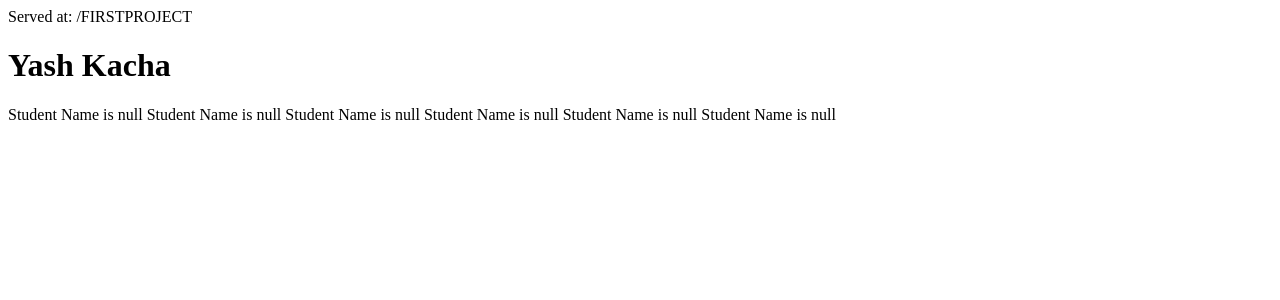
Repository: YashKachaRK/JAVA_CODE_SEM_6
Page: http://localhost/FIRSTPROJECT/Hello
These files come from the project's save history. The page is drawn as it stood at one moment and after the next save; the edit follows.
The browser window is 1280 px wide. The pictures show the whole page.
The page is served by Tomcat 10.

Above is the page before, as saved 2025-12-19 05:25:38.

### FIRSTPROJECT/src/main/java/first/Hello.java
package first;

import jakarta.servlet.ServletException;
import jakarta.servlet.annotation.WebServlet;
import jakarta.servlet.http.HttpServlet;
import jakarta.servlet.http.HttpServletRequest;
import jakarta.servlet.http.HttpServletResponse;
import java.io.IOException;
import java.io.PrintWriter;

/**
 * Servlet implementation class Hello
 */
@WebServlet("/Hello")
public class Hello extends HttpServlet {
	private static final long serialVersionUID = 1L;

    /**
     * @see HttpServlet#HttpServlet()
     */
    public Hello() {
        super();
        // TODO Auto-generated constructor stub
    }

	/**
	 * @see HttpServlet#doGet(HttpServletRequest request, HttpServletResponse response)
	 */
	protected void doGet(HttpServletRequest request, HttpServletResponse response) throws ServletException, IOException {
		// TODO Auto-generated method stub
		response.getWriter().append("Served at: ").append(request.getContextPath());
		response.setContentType("text/html");  // first line when make new project
		PrintWriter out = response.getWriter();
		out.println("<html><body>");

		out.println("<h1>Yash Kacha</h1>");
		out.println("</body></html>");

		String s1 = request.getParameter("sname");
		String s2 = request.getParameter("semail");
		String s3 = request.getParameter("sphone");
		String s4 = request.getParameter("sgen");
		String s5 = request.getParameter("scourse");
		String s6 = request.getParameter("saddress");

		out.println("Student Name is "+s1);
		out.println("Student Name is "+s2);
		out.println("Student Name is "+s3);
		out.println("Student Name is "+s4);
		out.println("Student Name is "+s5);
		out.println("Student Name is "+s6);

	}

	/**
	 * @see HttpServlet#doPost(HttpServletRequest request, HttpServletResponse response)
	 */
//	protected void doPost(HttpServletRequest request, HttpServletResponse response) throws ServletException, IOException {
//		// TODO Auto-generated method stub
//		doGet(request, response);
//	}

}

After the next save:
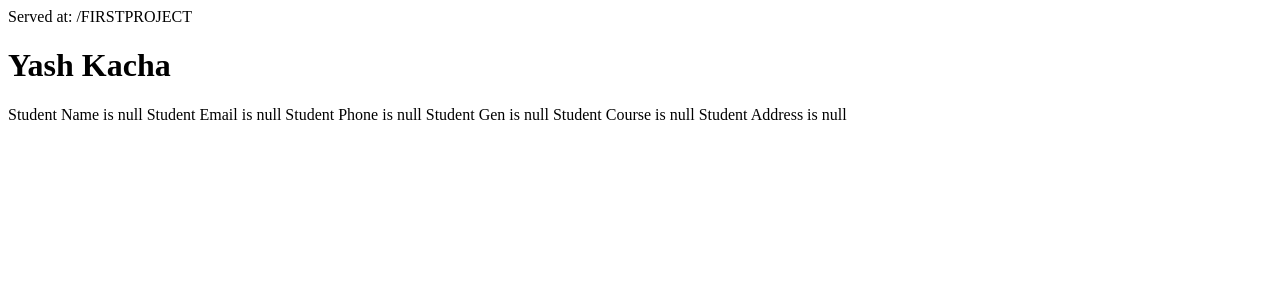
Saved 76 s later.
--- a/FIRSTPROJECT/src/main/java/first/Hello.java
+++ b/FIRSTPROJECT/src/main/java/first/Hello.java
@@ -43,12 +43,12 @@ public class Hello extends HttpServlet {
 		String s5 = request.getParameter("scourse");
 		String s6 = request.getParameter("saddress");
 
-		out.println("Student Name is "+s1);
-		out.println("Student Name is "+s2);
-		out.println("Student Name is "+s3);
-		out.println("Student Name is "+s4);
-		out.println("Student Name is "+s5);
-		out.println("Student Name is "+s6);
+		out.println("Student Name is "+s1+"\n");
+		out.println("Student Email is "+s2+"\n");
+		out.println("Student Phone is "+s3+"\n");
+		out.println("Student Gen is "+s4+"\n");
+		out.println("Student Course is "+s5+"\n");
+		out.println("Student Address is "+s6+"\n");
 
 	}
 
